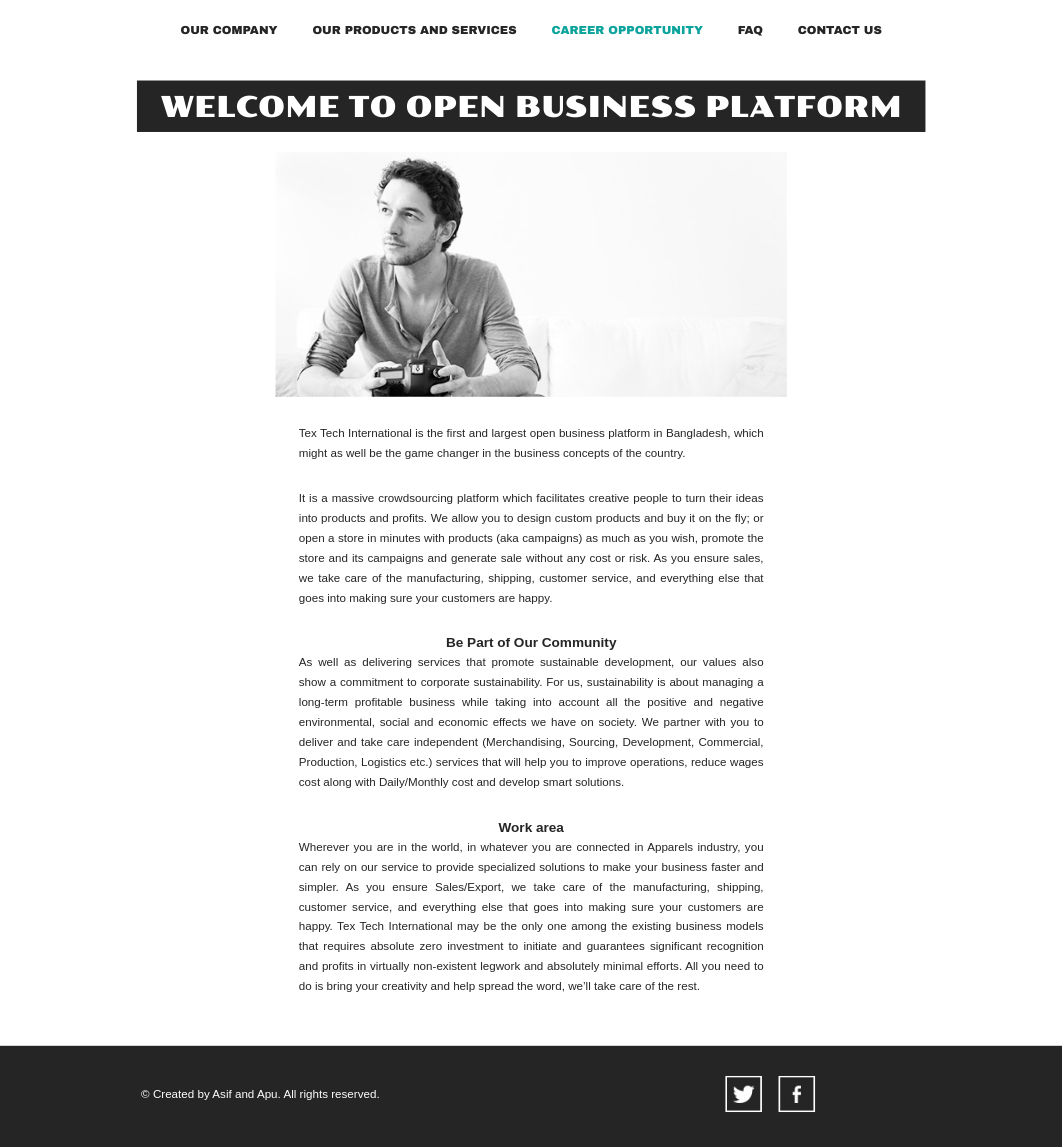
Repository: asifdotpy/textechint
Page: about.html
An editor plug-in stored every save of this project. The page is shown before and after a run of saves, followed by the edit.
The browser window is 1280 px wide. The pictures show the whole page, at 83% of full size.

Above is the page before, as saved 2021-02-24 00:48:08.

### about.html
<!doctype html>
<html>
<head>
	<meta charset="UTF-8">
	<meta name="viewport" content="width=device-width, initial-scale=1.0">
	<title>Career Opportunity - Tex Tech International</title>
	<link rel="stylesheet" type="text/css" href="css/style.css">
	<link rel="stylesheet" type="text/css" href="css/mobile.css" media="screen and (max-width : 568px)">
	<script type="text/javascript" src="js/mobile.js"></script>
</head>
<body>
	<div id="header">
		<ul id="navigation">
			<li>
				<a href="index.html">our company</a>
			</li>
			<li>
				<a href="gallery.html">Our Products and services
				</a>
			</li>
			<li class="selected">
				<a href="about.html">career opportunity</a>
			</li>
			<li>
				<a href="blog.html">faq</a>
			</li>
			<li>
				<a href="contact.html">contact us</a>
			</li>
		</ul>
	</div>
	<div id="body">
		<h1><span>Welcome to Open Business Platform</span></h1>
		<div>
			<img src="images/photographer.jpg" alt="">
			<div class="article">
				<!--<h3>Tex Tech International is the first and largest open business platform in Bangladesh</h3>-->
				<p>Tex Tech International is the first and largest open business platform in Bangladesh, which might as well be the game changer in the business concepts of the country. </p>
				<!--<h3>Our goal </h3>-->
				<p>It is a massive crowdsourcing platform which facilitates creative people to turn their ideas into products and profits. We allow you to design custom products and buy it on the fly; or open a store in minutes with products (aka campaigns) as much as you wish, promote the store and its campaigns and generate sale without any cost or risk. As you ensure sales, we take care of the manufacturing, shipping, customer service, and everything else that goes into making sure your customers are happy.</p>
				<h3>Be Part of Our Community</h3>
				<p>
					As well as delivering services that promote sustainable development, our values also show a commitment to corporate sustainability. For us, sustainability is about managing a long-term profitable business while taking into account all the positive and negative environmental, social and economic effects we have on society. We partner with you to deliver and take care independent (Merchandising, Sourcing, Development, Commercial, Production, Logistics etc.) services that will help you to improve operations, reduce wages cost along with Daily/Monthly cost and develop smart solutions.

				</p>
				<h3>Work area</h3>
				<p>
					Wherever you are in the world, in whatever you are connected in Apparels industry, you can rely on our service to provide specialized solutions to make your business faster and simpler. As you ensure Sales/Export, we take care of the manufacturing, shipping, customer service, and everything else that goes into making sure your customers are happy. Tex Tech International may be the only one among the existing business models that requires absolute zero investment to initiate and guarantees significant recognition and profits in virtually non-existent legwork and absolutely minimal efforts. All you need to do is bring your creativity and help spread the word, we’ll take care of the rest.

				</p>
			</div>
		</div>
	</div>
	<div id="footer">
		<div>
			<p>&copy; Created by Asif and Apu. All rights reserved.</p>
			<ul>
				<li>
					<a href="http://freewebsitetemplates.com/go/twitter/" id="linkedin">lindedin</a>
				</li>
				<li>
					<a href="https://www.facebook.com/textechint" target="_blank" id="facebook">facebook</a>
			</ul>
		</div>
	</div>
</body>
</html>

### css/style.css
@font-face {
	font-family: 'poller_oneregular';
	src: url('../fonts/pollerone/pollerone-webfont.eot');
	src: url('../fonts/pollerone/pollerone-webfont.eot?#iefix') format('embedded-opentype'),
		 url('../fonts/pollerone/pollerone-webfont.woff') format('woff'),
		 url('../fonts/pollerone/pollerone-webfont.ttf') format('truetype'),
		 url('../fonts/pollerone/pollerone-webfont.svg#poller_oneregular') format('svg');
}
@font-face {
	font-family: 'leckerli_oneregular';
	src: url('../fonts/leckerlione/leckerlione-regular-webfont.eot');
	src: url('../fonts/leckerlione/leckerlione-regular-webfont.eot?#iefix') format('embedded-opentype'),
		 url('../fonts/leckerlione/leckerlione-regular-webfont.woff') format('woff'),
		 url('../fonts/leckerlione/leckerlione-regular-webfont.ttf') format('truetype'),
		 url('../fonts/leckerlione/leckerlione-regular-webfont.svg#leckerli_oneregular') format('svg');
}

body {
	background: #fff;
	font-family: Arial, Helvetica, sans-serif;
	font-size: 14px;
	font-weight: normal;
	line-height: 1;
	margin: 0;
	min-width: 960px;
	padding: 0;
}
p {
	color: #252525;
	line-height: 24px;
	margin: 0;
	padding: 0;
}
p a {
	color: #252525;
	text-decoration: underline;
}
p a:hover {
	color: #898989;
}
#header {
	margin: 0 auto;
	padding: 4px 0 50px;
	text-align: center;
	width: 960px;
}
#header a.logo {
	display: block;
	margin: 0 auto;
	padding: 0;
	width: 340px;
}
#header a.logo img {
	border: 0;
	display: block;
	margin: 0;
	padding: 0;
}
#header ul {
	margin: 0;
	padding: 25px 0 0;
}
#header ul li {
	display: inline;
	list-style: none;
	margin: 0;
	padding: 0 19px;
}
#header ul li a {
	color: #252525;
	display: inline-block;
	font-family: "Arial Black", Gadget, sans-serif;
	font-size: 14px;
	font-weight: normal;
	margin: 0;
	padding: 0 0 3px;
	text-decoration: none;
	text-transform: uppercase;
}
#header ul li a:hover, #header ul li.selected a {
	color: #0ba39c;
}
#body {
	margin: 0;
	padding: 0 0 30px;
	text-align: center;
}
#body h1 {
	color: #fff;
	display: inline;
	font-family: poller_oneregular;
	font-size: 35px;
	font-weight: normal;
	margin: 0;
	padding: 0;
	text-transform: uppercase;
}
#body h1 span {
	background: #252525;
	display: inline-block;
	padding: 15px 28px 12px;
}
#body > div {
	margin: 0 auto;
	padding: 0;
	width: 960px;
}
#body > div img {
	border: 0 auto;
	margin: 24px 0 0;
	padding: 0;
}
#body > div .article {
	margin: 0 auto;
	padding: 30px 30px 0;
	width: 560px;
}
#body > div .article h2 {
	font-family: "Arial Black", Gadget, sans-serif;
	font-size: 25px;
	font-weight: normal;
	margin: 0 0 30px;
}
#body > div .article h3 {
	color: #252525;
	line-height: 24px;
	margin: 0;
	padding: 0;
}
#body > div .article h4 {
	background: #252525;
	color: #fff;
	display: inline-block;
	font-family: "Arial Black", Gadget, sans-serif;
	font-size: 25px;
	font-weight: normal;
	margin: 0 0 30px;
	padding: 8px 27px 10px;
}
#body > div .article p {
	margin: 0 0 30px;
	text-align: justify;
}
#body div div ul {
	margin: 0;
	padding: 24px 10px 0;
	width: 940px;
	list-style-type: none;
}
#body div div ul li {
	border: 2px solid #1a1a1a;
	display: block;
	list-style: none;
	margin: 0 0 13px;
	overflow: hidden;
	padding: 0;
}
#body div ul li .figure {
	border-right: 2px solid #1a1a1a;
	float: left;
	margin: 0;
	padding: 0;
	width: 376px;
}
#body div ul li img {
	border: 0;
	display: block;
	margin: 0;
	padding: 0;
	opacity: 0.8;
	transition: 0.5s ease-in-out;
}
#body div ul li .figure:hover img {
	opacity: 1;
}
#body div ul li div {
	float: left;
	margin: 0;
	padding: 63px 0 20px;
	width: 558px;
}
#body div ul li div h3 {
	color: #252525;
	font-family: "Arial Black", Gadget, sans-serif;
	font-size: 25px;
	font-weight: normal;
	margin: 0;
	padding: 0;
	text-transform: uppercase;
}
#body div ul li div p {
	padding: 30px 30px 18px;
}
#body div ul li div a.more {
	background: #000;
	color: #fff;
	display: inline-block;
	font-family: "Arial Black", Gadget, sans-serif;
	font-size: 18px;
	font-weight: normal;
	margin: 0;
	padding: 8px 28px;
	text-decoration: none;
	text-transform: uppercase;
}
#body div ul li div a.more:hover {
	color: #252525;
	background: #fff;
	border: 2px solid #252525;
}
#body #featured {
	margin: 0 0 13px;
	padding: 0;
	position: relative;
	width: 100%;
}
#body #featured img {
	border: 0;
	display: block;
	margin: 0;
	padding: 0;
	width: 100%;
	height: auto;
}
#body #featured div {
	left: 50%;
	margin-left: -480px;
	margin-top: -171px;
	padding: 0 0 0 470px;
	position: absolute;
	top: 50%;
	text-align: left;
	width: 490px;
}
#body #featured div h2 {
	background: #fff;
	color: #000;
	display: inline-block;
	font-family: poller_oneregular;
	font-size: 20px;
	font-weight: normal;
	margin: 0 0 18px;
	padding: 23px 27px 20px;
	text-transform: uppercase;
}
#body #featured div span {
	background: #252525;
	color: #fff;
	display: inline-block;
	font-size: 20px;
	margin: 7px 0;
	padding: 12px 27px;
}
#body #featured div a {
	background: #0ba39c;
	color: #fff;
	display: inline-block;
	font-size: 16px;
	margin: 15px 0 0;
	padding: 26px 27px 22px;
	text-align: center;
	text-decoration: none;
	text-transform: uppercase;
}
#body #featured div a:hover {
	background: #1fc3bc;
}
#body > ul {
	margin: 0 auto;
	overflow: hidden;
	padding: 24px 0 0;
	width: 960px;
}
#body > ul li {
	display: block;
	float: left;
	margin: 0 10px 20px;
	padding: 0;
	width: 300px;
}
#body > ul li a {
	color: #000;
	display: block;
	font-family: poller_oneregular;
	font-size: 20px;
	font-weight: normal;
	margin: 0;
	padding: 0;
	text-align: center;
	text-decoration: none;
	text-transform: uppercase;
}
#body > ul li a img {
	border: 2px solid #1a1a1a;
	display: block;
	margin: 0;
	padding: 0;
	opacity: .8;
	transition: 0.5s ease-in-out;
}
#body > ul li a:hover img {
	opacity: 1;
}
#body > ul li a span {
	display: block;
	margin: 0;
	padding: 33px 0 0;
}
#body form {
	margin: 0 auto;
	padding: 24px 0 0;
	width: 620px;
}
#body form input, #body form textarea {
	border: 2px solid #252525;
	color: #252525;
	font-family: Arial, Helvetica, sans-serif;
	font-size: 15px;
	font-weight: normal;
	margin: 0 0 37px;
	padding: 20px 10px;
	text-align: center;
	text-transform: uppercase;
	width: 596px;
}
#body form textarea {
	height: 175px;
	overflow: auto;
	resize: none;
}
#body form #send {
	background: #252525;
	color: #fff;
	font-family: "Arial Black", Gadget, sans-serif;
	font-size: 15px;
	font-weight: normal;
	display: inline-block;
	padding: 20px 28px;
	width: auto;
}
#body form #send:hover {
	background: #fff;
	color: #252525;
	cursor: pointer;
}
#footer {
	background: #252525;
	margin: 0;
	padding: 36px 0 42px;
}
#footer div {
	margin: 0 auto;
	overflow: hidden;
	padding: 0;
	width: 960px;
}
#footer div p {
	color: #fff;
	float: left;
	line-height: 44px;
	margin: 0 0 0 10px;
	padding: 0;
}
#footer div ul {
	display: block;
	float: right;
	margin: 0;
	overflow: hidden;
	padding: 0;
	width: 256px;
}
#footer div ul li {
	display: block;
	float: left;
	list-style: none;
	margin: 0 10px;
	padding: 0;
	width: 44px;
}
#footer div ul li a {
	background: url(../images/icons.jpg) no-repeat 0 0;
	display: block;
	height: 44px;
	margin: 0;
	padding: 0;
	text-indent: -99999px;
	width: 44px;
}
#footer div ul li #linkedin {
	background-position: 0 0;
}
#footer div ul li #linkedin:hover {
	background-position: -44px 0;
}
#footer div ul li #facebook {
	background-position: 0 -44px;
}
#footer div ul li #facebook:hover {
	background-position: -44px -44px;
}

div .intro h1 {
	margin: 0px 50px;
	padding: 0px 50px;
	background-color: #0ba39c;
	text-decoration: #1a1a1a;
}

div .intro p {
	margin: 10px;
	padding: 10px;
	font-size: 16px;
}

div .main {
	font-size: 15px;
}



.post-container {
    margin: 20px 20px 0 0;
    border: 5px solid #333;
    overflow: auto
}
.post-thumb {
    float: left;
}
.post-thumb img {
    display: block;
}
.post-content {
    margin-left: 210px
}
.post-title {
    font-weight: bold;
    font-size: 200%
}

div .main {
	text-align: justify;
}

div .article

### js/mobile.js
window.onload = function(){
	var getNavi = document.getElementById('navigation');

	var mobile = document.createElement("span");
	mobile.setAttribute("id","mobile-navigation");
	getNavi.parentNode.insertBefore(mobile,getNavi);

	document.getElementById('mobile-navigation').onclick = function(){
		var a = getNavi.getAttribute('style');
		if(a){
			getNavi.removeAttribute('style');
			document.getElementById('mobile-navigation').style.backgroundImage='url(images/mobile-menu.png)';
		} else {
			getNavi.style.display='block';
			document.getElementById('mobile-navigation').style.backgroundImage='url(images/mobile-close.png)';
		}
	};
	var getElm = getNavi.getElementsByTagName("LI");
	for(var i=0;i<getElm.length;i++){
		if(getElm[i].children.length>1){
			var smenu = document.createElement("span");
			smenu.setAttribute("class","mobile-submenu");
			smenu.setAttribute("OnClick","submenu("+i+")");
			getElm[i].appendChild(smenu);
		};
	};
	submenu = function (i){
		var sub = getElm[i].children[1];
		var b = sub.getAttribute('style');
		if(b){
			sub.removeAttribute('style');
			getElm[i].lastChild.style.backgroundImage='url(images/mobile-expand.png)';
			getElm[i].lastChild.style.backgroundColor='rgba(11, 163, 156, 0.7)';
		} else {
			sub.style.display='block';
			getElm[i].lastChild.style.backgroundImage='url(images/mobile-collapse.png)';
			getElm[i].lastChild.style.backgroundColor='rgba(0,0,0,0.8)';
		}
	};
};

### css/mobile.css
body {
	min-width: 0;
}
#header {
	padding: 20px 0;
	position: relative;
	width: 100%;
}
#header a.logo {
	width: 80%;
}
#header a.logo img {
	width: 100%;
}
#mobile-navigation {
	background: url(../images/mobile-menu.png) no-repeat 0 0;
	display: block;
	height: 50px;
	margin: 30px auto 0;
	padding: 0;
	width: 50px;
}
#header ul {
	border: 1px solid #fff;
	display: none;
	left: 50%;
	margin-left: -45%;
	padding: 0;
	position: absolute;
	width: 90%;
	z-index: 1001;
}
#header ul li {
	border-top: 1px solid #fff;
	display: block;
	margin: 0;
	padding: 0;
	position: relative;
}
#header > ul > li:first-child {
	border: 0;
}
#header ul li a {
	background: rgba(11, 163, 156, 0.9);
	color: #fff;
	display: block;
	font-family: Arial, Helvetica, sans-serif;
	font-size: 16px;
	font-weight: normal;
	height: 49px;
	line-height: 49px;
	padding: 0 15px;
	text-align: left;
}
#header ul li a:hover, #header ul li.selected a {
	background: rgba(0, 0, 0, 0.9);
	color: #fff;
}
#header ul ul {
	display: none;
	border: 0;
	height: auto;
	left: 0;
	margin: 0;
	position: relative;
	width: 100%;
}
#header ul ul li a {
	text-indent: 15px;
}
#header ul li span {
	background: rgba(11, 163, 156, 0.9) url(../images/mobile-expand.png) no-repeat 0 0;
	border-left: 1px solid #fff;
	display: block;
	height: 49px;
	position: absolute;
	right: 0;
	top: 0;
	width: 50px;
}
#body {
	width: 100%;
}
#body h1 {
	display: block;
	font-size: 20px;
	margin: 0 auto;
	width: 90%;
}
#body h1 span {
	display: block;
	padding: 3%;
	width: 94%;
}
#body > div {
	padding: 0 5%;
	width: 90%;
}
#body > div img {
	margin: 24px 0 30px;
	width: 98%
}
#body > div .article {
	padding: 0;
	width: 100%;
}
#body > div .article h2, #body > div .article h4 {
	font-size: 18px;
	font-weight: bold;
}
#body #featured {
	overflow: hidden;
	margin: 0 0 20px
}
#body #featured img {
	min-width: 960px;
}
#body #featured div {
	left: 0;
	margin: 0;
	padding: 0 2%;
	position: absolute;
	top: 0;
	text-align: left;
	width: 96%;
}
#body #featured div h2 {
	font-size: 14px;
	font-weight: normal;
	margin: 50px 0 10px;
	padding: 8px 5px;
}
#body #featured div span {
	display: block;
	font-size: 14px;
	margin: 10px 0;
	padding: 10px;
}
#body #featured div a {
	font-size: 14px;
	margin: 5px 0 0;
	padding: 10px;
}
#body > ul {
	overflow: visible;
	padding: 0 5%;
	width: 90%;
}
#body ul.gallery {
	padding: 5% 0;
	overflow: hidden;
	width: 100%;
}
#body > ul li {
	float: none;
	margin: 0;
	width: 100%;
}
#body ul.gallery li {
	float: left;
	margin: 0 0 5% 5%;
	width: 42%;
}
#body > ul li a img {
	width: 98%;
}
#body > ul li a span {
	padding: 15px 0;
}
#body div ul {
	margin: 0;
	padding: 20px 0 0;
	width: 100%;
}
#body div ul li {
	overflow: visible;
	padding: 0 0 20px;
	width: 99%;
}
#body div ul li .figure {
	border: 0;
	display: block;
	float: none;
	margin: 0 0 20px;
	width: 100%;
}
#body div ul li .figure img {
	width: 100%;
}
#body div ul li div {
	float: none;
	padding: 0;
	width: 100%;
}
#body div ul li div a.more:hover {
	height: 14px;
	line-height: 14px;
}
#body form {
	width: 100%;
}
#body form input, #body form textarea {
	margin: 0 0 20px;
	padding: 10px;
	width: 84%;
}
#body form #send {
	padding: 10px;
}
#footer {
	padding: 10px 0 25px;
}
#footer div {
	overflow: visible;
	width: 100%;
}
#footer div p {
	float: none;
	margin: 0;
	text-align: center;
}
#footer div ul {
	float: none;
	margin: 0 auto;
	width: 256px;
}

After the next 3 saves:
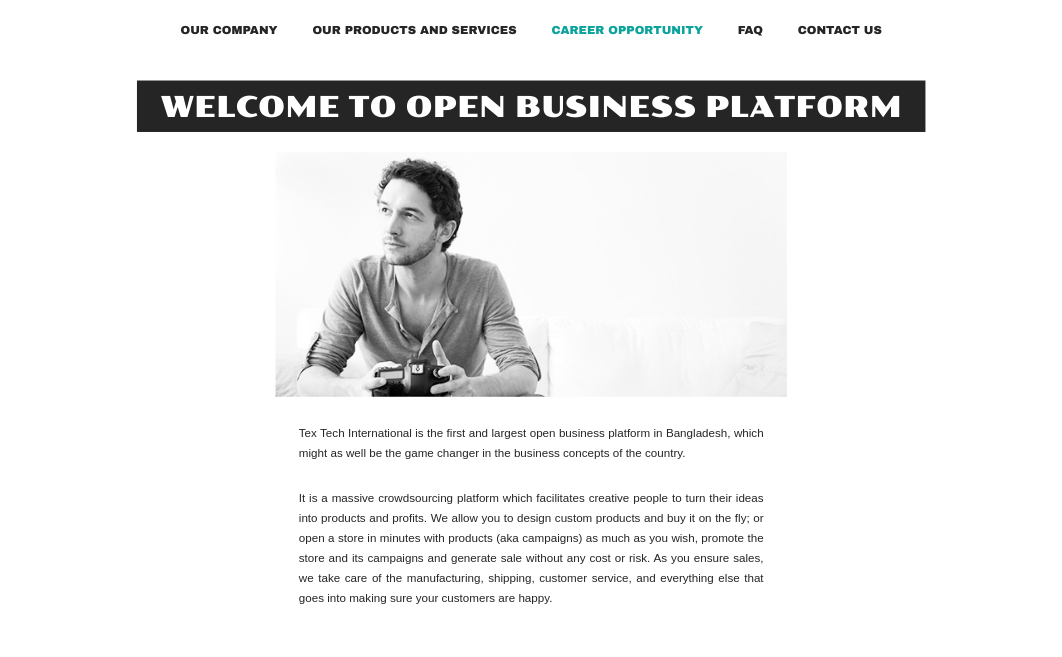
The 3 saves are shown as one change because they came seconds apart.
The last was saved 12 s later.
--- a/about.html
+++ b/about.html
@@ -38,7 +38,7 @@
 				<p>Tex Tech International is the first and largest open business platform in Bangladesh, which might as well be the game changer in the business concepts of the country. </p>
 				<!--<h3>Our goal </h3>-->
 				<p>It is a massive crowdsourcing platform which facilitates creative people to turn their ideas into products and profits. We allow you to design custom products and buy it on the fly; or open a store in minutes with products (aka campaigns) as much as you wish, promote the store and its campaigns and generate sale without any cost or risk. As you ensure sales, we take care of the manufacturing, shipping, customer service, and everything else that goes into making sure your customers are happy.</p>
-				<h3>Be Part of Our Community</h3>
+				<!--<h3>Be Part of Our Community</h3>
 				<p>
 					As well as delivering services that promote sustainable development, our values also show a commitment to corporate sustainability. For us, sustainability is about managing a long-term profitable business while taking into account all the positive and negative environmental, social and economic effects we have on society. We partner with you to deliver and take care independent (Merchandising, Sourcing, Development, Commercial, Production, Logistics etc.) services that will help you to improve operations, reduce wages cost along with Daily/Monthly cost and develop smart solutions.
 
